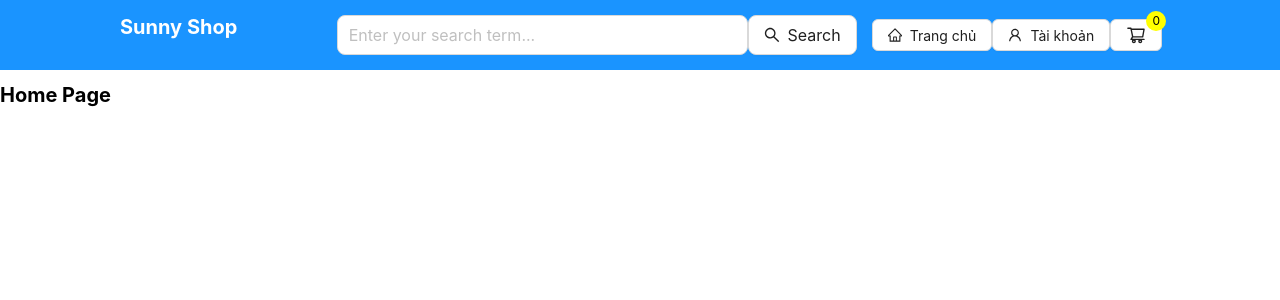
Repository: manhhieu120499/E-Commerce
Page: /
An editor plug-in stored every save of this project. The page is shown before and after the next save, followed by the edit.
The browser window is 1280 px wide. The pictures show the whole page.
The project was rebuilt for these pictures with package versions that can differ from the ones it lists, and the page was loaded fresh each time. Also part of the build but not shown: src/pages/product/Product.js, src/pages/order/Order.js, src/pages/notFound/NotFound.js, src/layouts/NormalLayout/NormalLayout.js.

Above is the page before, as saved 2025-01-01 12:24:03.

### src/index.js
import React from "react";
import ReactDOM from "react-dom/client";
import App from "./App";
import reportWebVitals from "./reportWebVitals";
import GlobalStyle from "./GlobalStyles";
import { Provider } from "react-redux";
import store from "./redux/store";

const root = ReactDOM.createRoot(document.getElementById("root"));
root.render(
  <React.StrictMode>
    <Provider store={store}>
      <GlobalStyle>
        <App />
      </GlobalStyle>
    </Provider>
  </React.StrictMode>
);

// If you want to start measuring performance in your app, pass a function
// to log results (for example: reportWebVitals(console.log))
// or send to an analytics endpoint. Learn more: https://bit.ly/CRA-vitals
reportWebVitals();

### src/App.js
import React from "react";
import { BrowserRouter as Router, Route, Routes } from "react-router-dom";
import { publicRoute } from "./route";
function App() {
  return (
    <div className="App">
      <Router>
        <Routes>
          {publicRoute.map((route) => {
            const Page = route.component;
            const Layout = route.layout;
            return (
              <Route
                key={route.path}
                path={route.path}
                element={
                  <Layout>
                    <Page />
                  </Layout>
                }
              />
            );
          })}
        </Routes>
      </Router>
    </div>
  );
}

export default App;

### src/redux/store.js
import { configureStore } from "@reduxjs/toolkit";
import productSlice from "./slices/productSlice";

const store = configureStore({
    reducer: {
        product: productSlice
    }
})

export default store;

### src/route/index.js
import { Home, Product, Order, NotFound } from "../pages";
import { DefaultLayout, NormalLayout } from "../layouts";

const publicRoute = [
  {
    path: "/",
    component: Home,
    layout: DefaultLayout,
  },
  {
    path: "/product",
    component: Product,
    layout: DefaultLayout,
  },
  {
    path: "/order",
    component: Order,
    layout: DefaultLayout,
  },
  {
    path: "*",
    component: NotFound,
    layout: NormalLayout,
  },
];

const privateRoute = [];

export { publicRoute, privateRoute };

### src/GlobalStyles/GlobalStyles.js
import "./css/GlobalStyles.css";
export default function GlobalStyle({ children }) {
    return (
        <div className="wrapper">
            { children }
        </div>
    )
}

### src/redux/slices/productSlice.js
import { createSlice } from "@reduxjs/toolkit";

// const initialState = {
//     products: [],
// }

// export const productSlice = createSlice({
//     name: 'productSlice',
//     initialState,
//     reducers:{
//         setProduct: (state, action) => {
//             return {...state}
//         }
//     }
// })

const initialState = {
    value: 0
}

const productSlice = createSlice({
    name: 'productSlice',
    initialState,
    reducers: {
        increase: (state, action) => {
            return {...state, value: state.value + 1}
        },
        decrease: (state, action) => {
            return {...state, value: state.value - 1}
        }
    }
})

export const { increase, decrease } = productSlice.actions;

export default productSlice.reducer;

### src/pages/index.js
import Home from "./home";
import Product from "./product";
import Order from "./order";
import NotFound from "./notFound";

export { Home, Product, Order, NotFound };

### src/layouts/index.js
import DefaultLayout from "./DefaultLayout";
import NormalLayout from "./NormalLayout";

export { DefaultLayout, NormalLayout };

### src/GlobalStyles/css/GlobalStyles.css
/* @import "antd/dist/antd.css"; */
body {
  margin: 0;
  font-family: -apple-system, BlinkMacSystemFont, 'Segoe UI', 'Roboto', 'Oxygen',
    'Ubuntu', 'Cantarell', 'Fira Sans', 'Droid Sans', 'Helvetica Neue',
    sans-serif;
  -webkit-font-smoothing: antialiased;
  -moz-osx-font-smoothing: grayscale;
  box-sizing: border-box;
  padding: 0;
}

html {
  font-size: 62.5%;
}

.wrapper {
  max-width: 100vw;
  margin: 0 auto;
}

### src/pages/product/index.js
export { default } from './Product'

### src/layouts/NormalLayout/index.js
export { default } from "./NormalLayout";

### src/pages/home/Home.js
export default function Home({children}) {
    return (
        <h1>Home Page</h1>
    )
}

### src/layouts/DefaultLayout/DefaultLayout.js
import { Header } from "../../components";

export default function DefaultLayout({ children }) {
  return (
    <div className="wrapper">
      <Header />
      {children}
    </div>
  );
}

### src/components/index.js
import Header from "./Header";
import ButtonInputSearch from "./ButtonInputSearch";
export { Header, ButtonInputSearch };

### src/components/ButtonInputSearch/index.js
export { default } from "./ButtonInputSearch";

### src/components/Header/Header.js
import { Button, Col, Input, Row } from "antd";
import {
  ShoppingCartText,
  WrapperRow,
  WrapperShoppingCart,
  WrapperShoppingCartText,
  WrapperSpan,
} from "./HeaderStyle";
import Search from "antd/es/transfer/search";
import {
  HomeOutlined,
  ShoppingCartOutlined,
  UserOutlined,
} from "@ant-design/icons";
import ButtonInputSearch from "../ButtonInputSearch";

export default function Header({ children }) {
  return (
    <div>
      <WrapperRow>
        <Col span={5}>
          <WrapperSpan>Sunny Shop</WrapperSpan>
        </Col>
        <Col span={12}>
          <ButtonInputSearch />
        </Col>
        <Col
          span={7}
          style={{
            display: "flex",
            alignItems: "center",
            justifyContent: "space-around",
            padding: "0 15px",
          }}
        >
          <Button>
            <HomeOutlined />
            <span>Trang chủ</span>
          </Button>
          <Button>
            <UserOutlined />
            <span>Tài khoản</span>
          </Button>
          <Button>
            <WrapperShoppingCart>
              <ShoppingCartOutlined style={{ fontSize: 20 }} />
              <WrapperShoppingCartText>
                <ShoppingCartText>0</ShoppingCartText>
              </WrapperShoppingCartText>
            </WrapperShoppingCart>
          </Button>
        </Col>
      </WrapperRow>
    </div>
  );
}

### src/components/ButtonInputSearch/ButtonInputSearch.js
import { SearchOutlined } from "@ant-design/icons";
import { WrapperButtonInputSearch } from "./ButtonInputSearchStyle";
import { Button, Input } from "antd";
function ButtonInputSearch({ size, placeholder, onChange, onClick }) {
  return (
    <WrapperButtonInputSearch>
      <Input size="large" placeholder="Enter your search term..." />
      <Button size="large" icon={<SearchOutlined />}>
        Search
      </Button>
    </WrapperButtonInputSearch>
  );
}

export default ButtonInputSearch;

### src/components/Header/HeaderStyle.js
import { Row } from "antd";
import styled from "styled-components";

export const WrapperRow = styled(Row)`
  padding: 15px 120px;
  background-color: rgb(26, 148, 255);
`;

export const WrapperSpan = styled.span`
  font-size: 20px;
  font-weight: 700;
  color: white;
`;

export const WrapperShoppingCart = styled.div`
  position: relative;
  width: 100%;
`;

export const WrapperShoppingCartText = styled.div`
  position: absolute;
  top: -14px;
  right: -20px;
  width: 20px;
  height: 20px;
  border-radius: 50%;
  background-color: yellow;
`;

export const ShoppingCartText = styled.span`
  font-size: 12px;
  color: black;
  line-height: 20px;
`;

### src/components/ButtonInputSearch/ButtonInputSearchStyle.js
import styled from "styled-components";

export const WrapperButtonInputSearch = styled.div`
  display: flex;
  align-items: center;
  justify-content: space-around;
`;

Loaded but not shown: public/index.html (common file); src/reportWebVitals.js (common file); src/GlobalStyles/index.js (common file); src/pages/home/index.js (common file); src/pages/order/index.js (common file); src/pages/notFound/index.js (common file); src/layouts/DefaultLayout/index.js (common file); src/components/Header/index.js (common file)

After the next save:
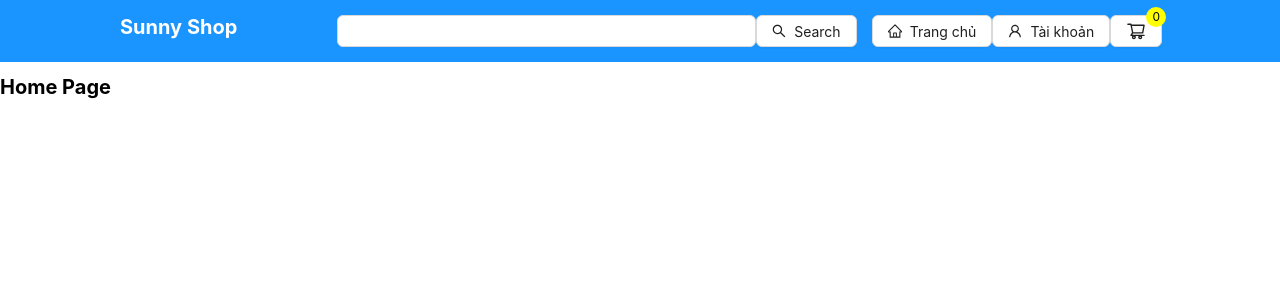
Saved 20 s later.
--- a/src/components/ButtonInputSearch/ButtonInputSearch.js
+++ b/src/components/ButtonInputSearch/ButtonInputSearch.js
@@ -4,8 +4,8 @@ import { Button, Input } from "antd";
 function ButtonInputSearch({ size, placeholder, onChange, onClick }) {
   return (
     <WrapperButtonInputSearch>
-      <Input size="large" placeholder="Enter your search term..." />
-      <Button size="large" icon={<SearchOutlined />}>
+      <Input size={size} placeholder={placeholder} />
+      <Button size={size} icon={<SearchOutlined />}>
         Search
       </Button>
     </WrapperButtonInputSearch>
